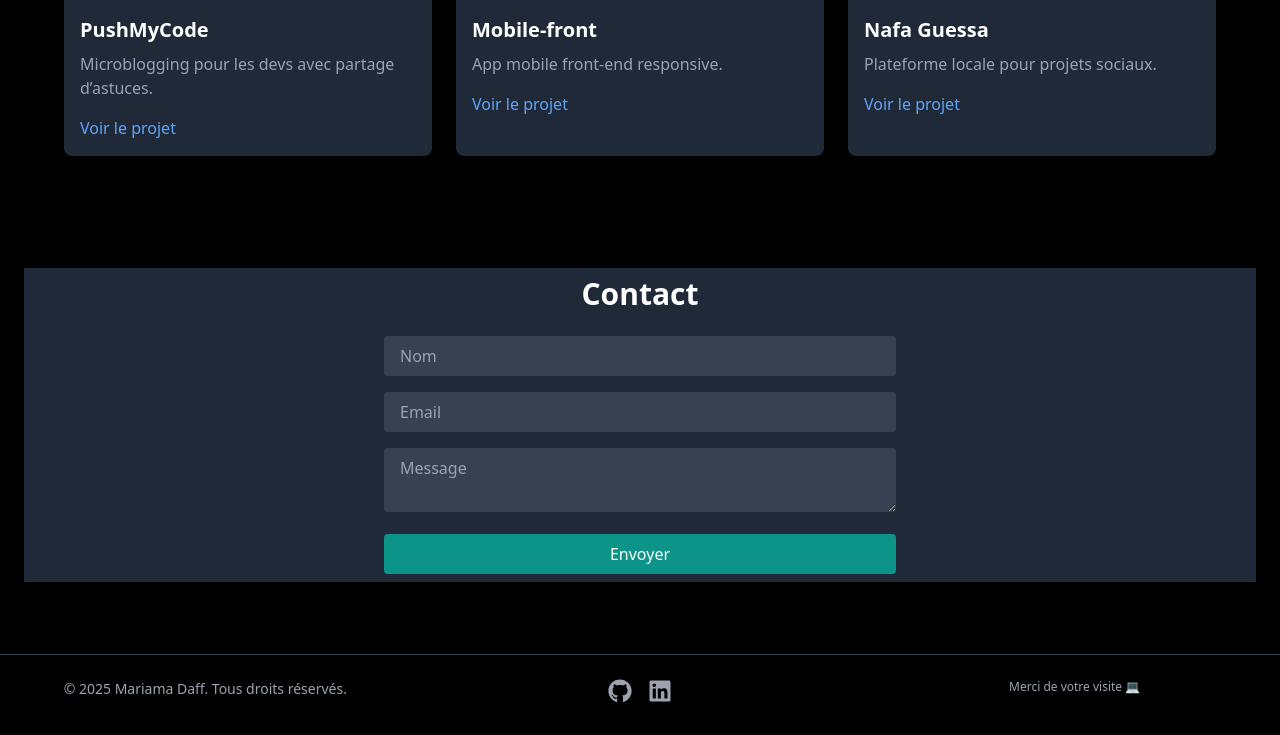
Repository: mariamdaff/Projets_Perso
Page: / (app in mon_portfolio/)
These files come from the project's save history. The page is drawn as it stood at one moment and after the next save; the edit follows.
The browser window is 1280 px wide. The pictures show the part of the page from y = 1820 to 2555 px (the page is 2555 px tall).
The project was rebuilt for these pictures with package versions that can differ from the ones it lists, and the page was loaded fresh each time. Also part of the build but not shown: mon_portfolio/vite.config.js.

Above is the page before, as saved 2025-04-23 01:50:09.

After the next save:
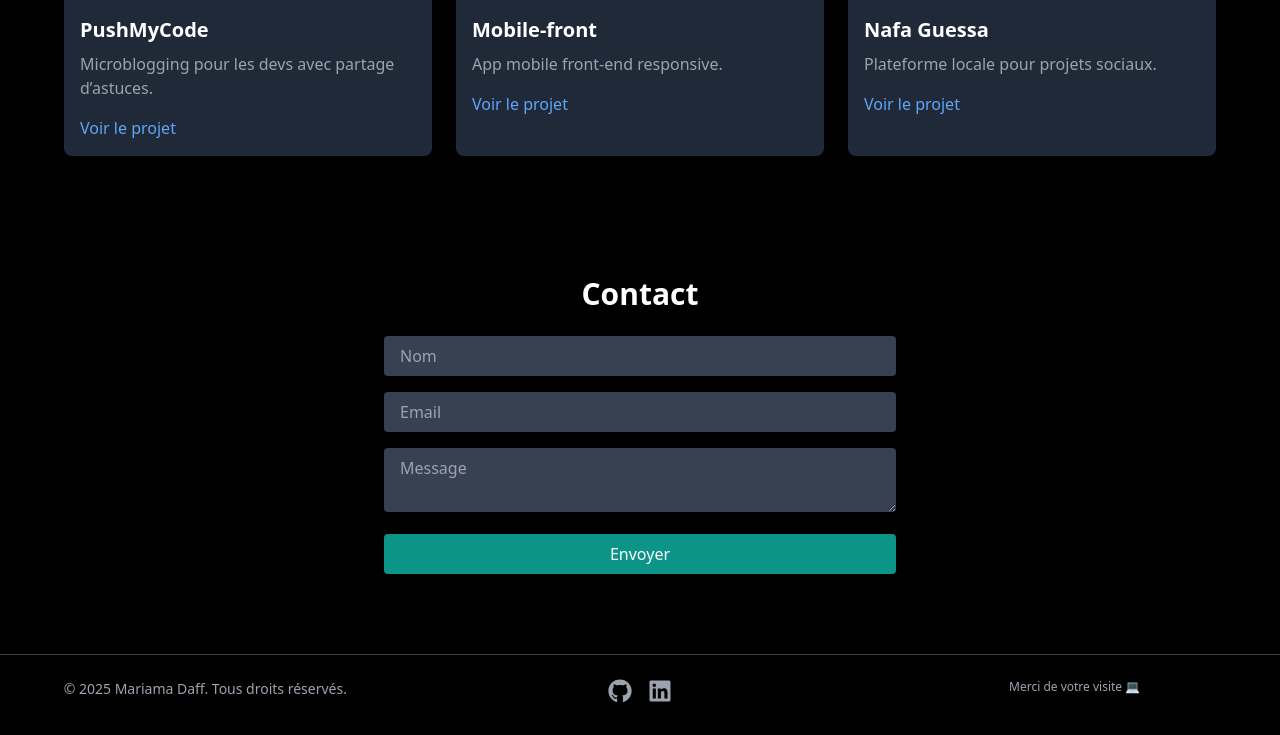
Saved 87 s later.
--- a/mon_portfolio/src/components/contact/Contact.jsx
+++ b/mon_portfolio/src/components/contact/Contact.jsx
@@ -26,7 +26,7 @@
   };
 
   return (
-    <section className="py-2 text-center bg-gray-800 text-white px-0">
+    <section className="py-2 text-center bg-black text-white px-0">
       <h2 className="text-3xl font-semibold mb-6">Contact</h2>
 
       {!isSubmitted ? (
